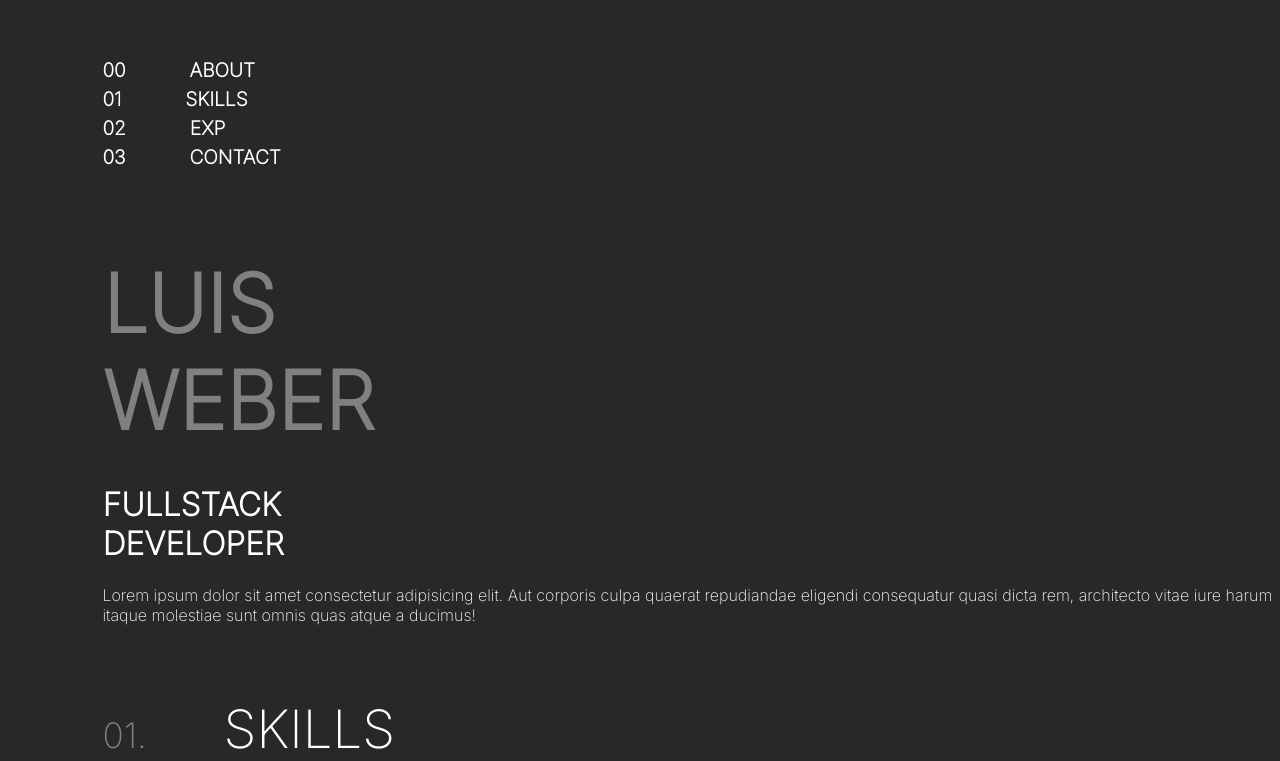
Repository: luiswh1/Portfolio
Page: /
An editor plug-in stored every save of this project. The page is shown before and after the next save, followed by the edit.
The browser window is 1280 px wide. The pictures show the whole page.
The project was rebuilt for these pictures with package versions that can differ from the ones it lists, and the page was loaded fresh each time.

Above is the page before, as saved 2023-05-28 15:11:43.

### public/index.html
<!DOCTYPE html>
<html lang="en">
  <head>
    <meta charset="utf-8" />
    <link rel="icon" href="%PUBLIC_URL%/favicon.ico" />
    <meta name="viewport" content="width=device-width, initial-scale=1" />
    <meta name="theme-color" content="#000000" />
    <meta
      name="description"
      content="Web site created using create-react-app"
    />
    <link rel="apple-touch-icon" href="%PUBLIC_URL%/logo192.png" />
    <!--
      manifest.json provides metadata used when your web app is installed on a
      user's mobile device or desktop. See https://developers.google.com/web/fundamentals/web-app-manifest/
    -->
    <link rel="manifest" href="%PUBLIC_URL%/manifest.json" />
    <!--
      Notice the use of %PUBLIC_URL% in the tags above.
      It will be replaced with the URL of the `public` folder during the build.
      Only files inside the `public` folder can be referenced from the HTML.

      Unlike "/favicon.ico" or "favicon.ico", "%PUBLIC_URL%/favicon.ico" will
      work correctly both with client-side routing and a non-root public URL.
      Learn how to configure a non-root public URL by running `npm run build`.
    -->

    <link rel="preconnect" href="https://fonts.googleapis.com">
    <link rel="preconnect" href="https://fonts.gstatic.com" crossorigin>
    <link href="https://fonts.googleapis.com/css2?family=Inter:wght@200&family=Poppins:wght@200;300&display=swap" rel="stylesheet">
    <title>React App</title>
  </head>
  <body>
    <noscript>You need to enable JavaScript to run this app.</noscript>
    <div id="root"></div>
    <!--
      This HTML file is a template.
      If you open it directly in the browser, you will see an empty page.

      You can add webfonts, meta tags, or analytics to this file.
      The build step will place the bundled scripts into the <body> tag.

      To begin the development, run `npm start` or `yarn start`.
      To create a production bundle, use `npm run build` or `yarn build`.
    -->
  </body>
</html>

### src/index.tsx
import React from 'react';
import ReactDOM from 'react-dom/client';
import App from './App';
import GlobalStyle from './styles/globalStyles';

const root = ReactDOM.createRoot(
  document.getElementById('root') as HTMLElement
);
root.render(
  <React.StrictMode>
    <GlobalStyle />
    <App />
  </React.StrictMode>
);

### src/App.tsx
import React from 'react';
import Home from './Pages/Home';

function App() {
  return (
   <Home />
  );
}

export default App;

### src/styles/globalStyles.tsx
import { createGlobalStyle } from 'styled-components'


const GlobalStyle = createGlobalStyle`
* {
    margin: 0;
    font-family: Inter;
  }

  html, body {
    height: 100%;
    background-color: #28282B;
    color: white;
  }

`

export default GlobalStyle

### src/Pages/Home.tsx
import React from "react";
import {
  Container,
  NameSection,
  StyledName,
  InnerContainer,
  Profession,
  About,
  LabelTitle,
  NumberIndex,
  IndexTitle,
} from "./HomeStyles";
import IndexList from "../Components/IndexList/IndexList";

const Home = () => {
  return (
    <Container>
      <InnerContainer>
        <IndexList />

        <NameSection>
          <StyledName>
            LUIS <br />
            WEBER
          </StyledName>
        </NameSection>

        <Profession>
          FULLSTACK <br />
          DEVELOPER
        </Profession>

        <About>
          Lorem ipsum dolor sit amet consectetur adipisicing elit. Aut corporis
          culpa quaerat repudiandae eligendi consequatur quasi dicta rem,
          architecto vitae iure harum itaque molestiae sunt omnis quas atque a
          ducimus!
        </About>

        <LabelTitle>
          <NumberIndex>01.</NumberIndex>
          <IndexTitle>SKILLS</IndexTitle>
        </LabelTitle>
      </InnerContainer>
    </Container>
  );
};

export default Home;

### src/Pages/HomeStyles.tsx
import { styled } from "styled-components";

export const Container = styled.div`
  width: 100%;
  height: 100%;
  overflow: hidden;
`;

export const InnerContainer = styled.div`
  margin-left: 8vw;
`;

export const NameSection = styled.div`
  width: 100%;
  height: 100%;
  margin-top: 12vh;
`;

export const StyledName = styled.h1`
  font-size: 5em;
  color: gray;
`;

export const Profession = styled.h1`
margin-top: 5vh;
`

export const About = styled.p`
margin-top: 3vh;
`
export const LabelTitle = styled.div`
margin-top: 10vh;
`

export const NumberIndex = styled.span`
  font-size: 2.2em;
  color: gray;
  margin-right: 3vw;
`;

export const IndexTitle = styled.span`
  font-size: 3.3em;
  color: white;
  margin-left: 3vw;
`;

### src/Components/IndexList/IndexList.tsx
import React from "react";
import { Sections, SectionItem } from "./IndexListStyles";

const IndexList = () => {
  return (
    <>
      <Sections>
        <SectionItem>
          <span>00</span>
          <span>ABOUT</span>
        </SectionItem>
        <SectionItem>
          <span>01</span>
          <span>SKILLS</span>
        </SectionItem>
        <SectionItem>
          <span>02</span>
          <span>EXP</span>
        </SectionItem>
        <SectionItem>
          <span>03</span>
          <span>CONTACT</span>
        </SectionItem>
      </Sections>
    </>
  );
};

export default IndexList;

### src/Components/IndexList/IndexListStyles.tsx
import { styled } from "styled-components";

export const Sections = styled.div`
margin-top: 8vh;
`

export const SectionItem = styled.span`
color: white;
font-size: 1.2rem;
font-weight: bold;
display: block;
span:first-child {
    margin-right: 5vw;
  }
  margin-top: 5px;
`

After the next save:
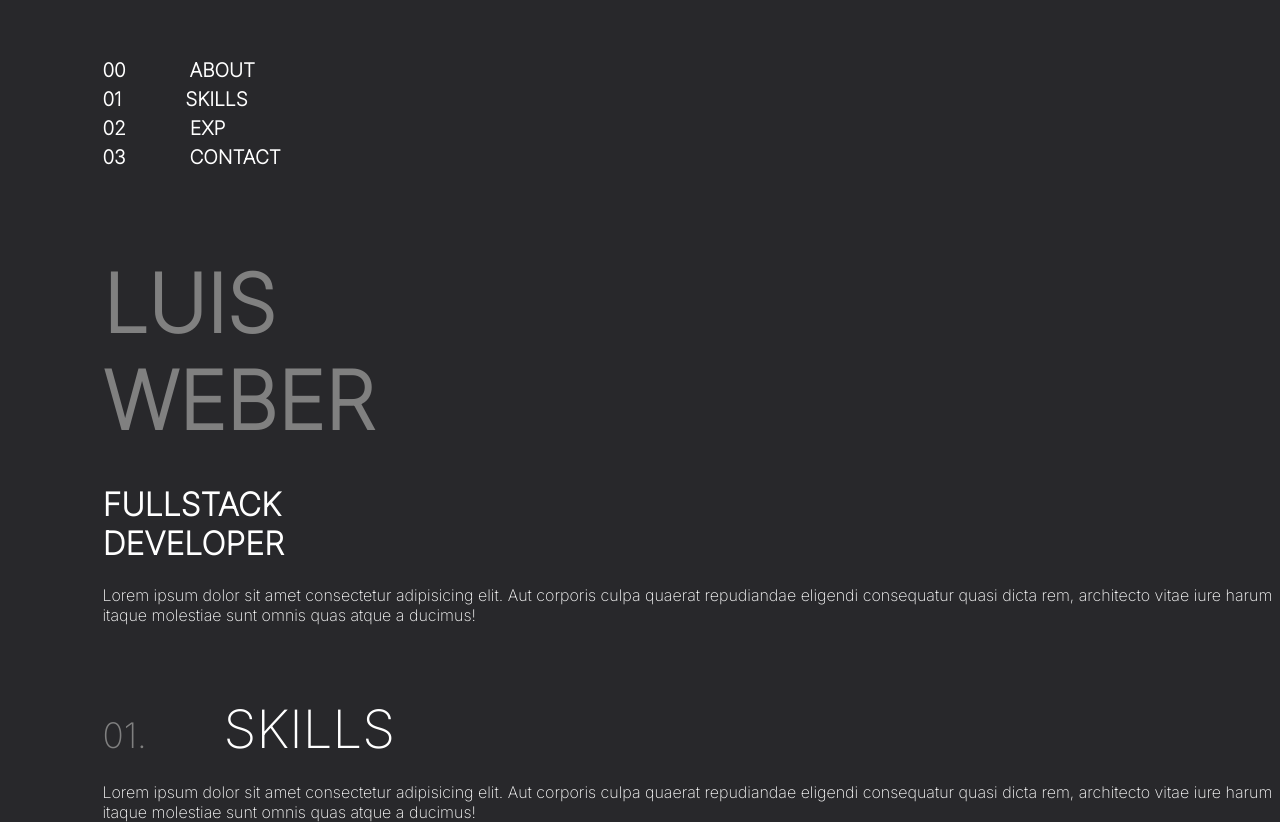
Saved 54 s later.
--- a/src/Pages/Home.tsx
+++ b/src/Pages/Home.tsx
@@ -41,6 +41,13 @@ const Home = () => {
           <NumberIndex>01.</NumberIndex>
           <IndexTitle>SKILLS</IndexTitle>
         </LabelTitle>
+
+        <About>
+          Lorem ipsum dolor sit amet consectetur adipisicing elit. Aut corporis
+          culpa quaerat repudiandae eligendi consequatur quasi dicta rem,
+          architecto vitae iure harum itaque molestiae sunt omnis quas atque a
+          ducimus!
+        </About>
       </InnerContainer>
     </Container>
   );
